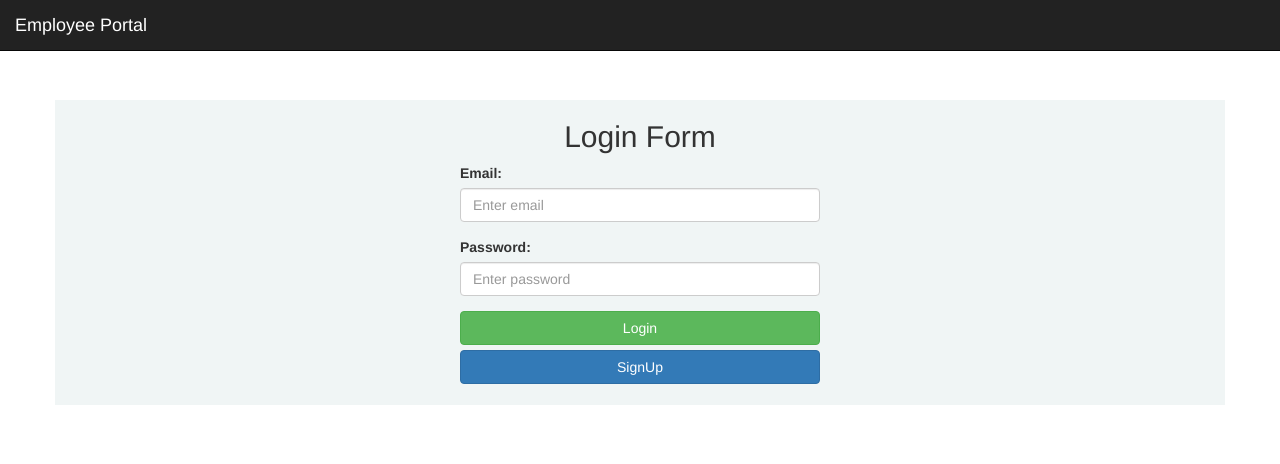
Repository: jagdishpatil18/JavaAdv
Page: http://localhost/EmployeePortal/
An editor plug-in stored every save of this project. The page is shown before and after the next save, followed by the edit.
The browser window is 1280 px wide. The pictures show the whole page.
Some web libraries are served in a nearby version. The page is served by Tomcat 9.

Above is the page before, as saved 2017-05-26 12:58:46.

After the next save:
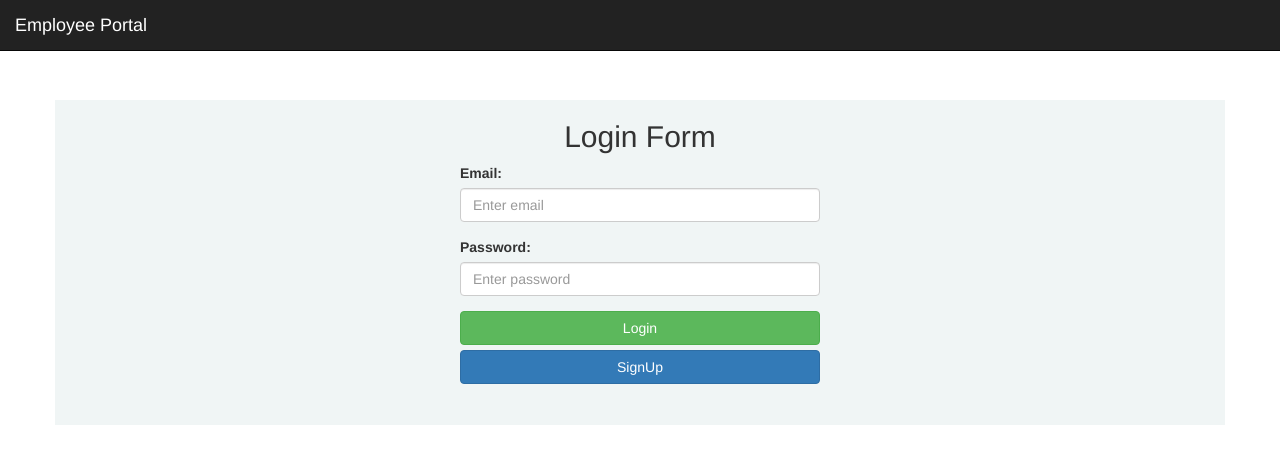
Saved 11 s later.
--- a/EmployeePortal/EmployeePortal/WebContent/Newlogin.jsp
+++ b/EmployeePortal/EmployeePortal/WebContent/Newlogin.jsp
@@ -46,7 +46,7 @@ function validatelogin()
 .container{
 background-color:#f0f5f5 ;
 margin-top: 100px;
-padding-bottom: 20px;
+padding-bottom: 40px;
 }
 .formlogin{
 /* border:2px solid; */
